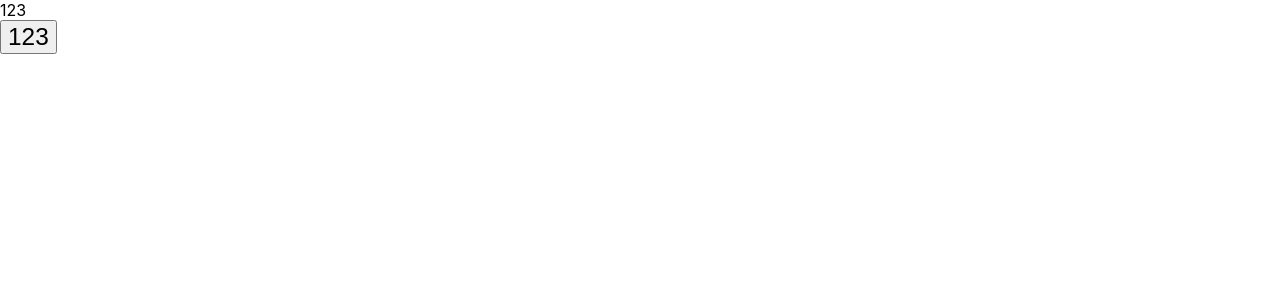
Repository: KouSum/km-vite-react
Page: /repos
An editor plug-in stored every save of this project. The page is shown before and after the next save, followed by the edit.
The browser window is 1280 px wide. The pictures show the whole page.
The project was rebuilt for these pictures with package versions that can differ from the ones it lists, and the page was loaded fresh each time. Also part of the build but not shown: vite.config.ts, src/App.tsx.

Above is the page before, as saved 2021-03-06 21:12:45.

After the next save:
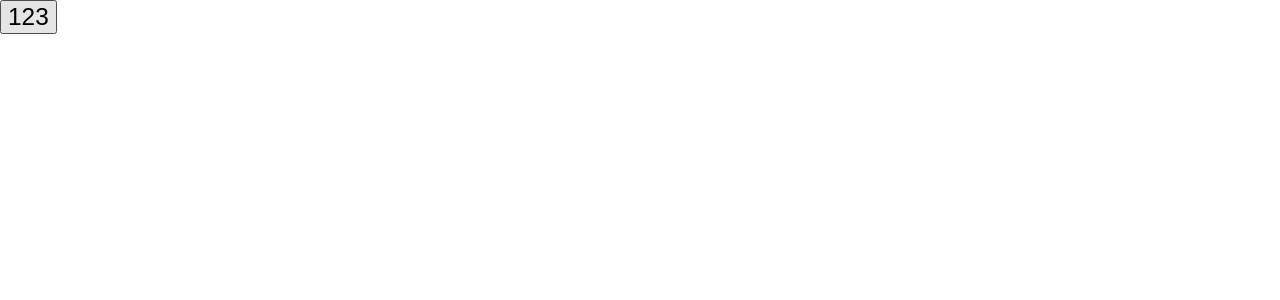
Saved 10 s later.
--- a/src/main.tsx
+++ b/src/main.tsx
@@ -12,7 +12,6 @@ import { createBrowserHistory } from "history";
 const customHistory = createBrowserHistory();
 ReactDOM.render(
   <React.StrictMode>
-    123
     <Router history={customHistory}>
       <Route path="/" component={App}>
         <Route path="/repos" component={Repos} />
